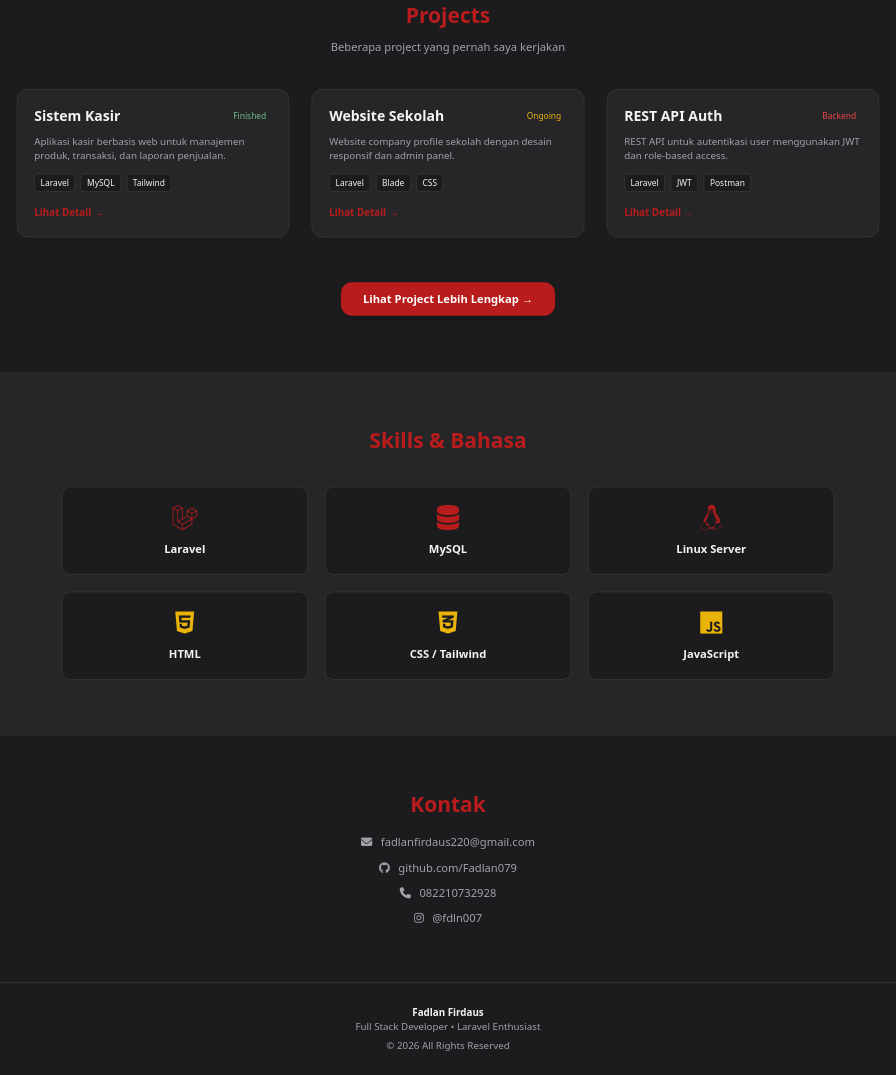
Repository: Fadlan079/Personal-Portfolio
Page: http://localhost/
These files come from the project's save history. The page is drawn as it stood at one moment and after the next save; the edit follows.
The browser window is 1280 px wide. The pictures show the part of the page from y = 1643 to 3563 px (the page is 3179 px tall before and 3563 px after), at 70% of full size.
Some web libraries are served in a nearby version. The page is served by the project's Laravel application, run on PHP 8.4 with Laravel 12. Other server files are loaded and not shown.

Above is the page before, as saved 2026-01-14 14:27:36.

### routes/web.php
<?php

use Illuminate\Support\Facades\Route;

// Route::get('/', function () {
//     return view('welcome');
// });

Route::get('/', function () {
    return view('portofolio');
});

Route::get('/project', function () {
    return view('project');
});

### resources/views/portofolio.blade.php
<!DOCTYPE html>
<html lang="id">
<head>
  <meta charset="UTF-8" />
  <meta name="viewport" content="width=device-width, initial-scale=1.0" />
  <title>Portfolio | Fadlan</title>

  <!-- Tailwind -->
  <script src="https://cdn.tailwindcss.com"></script>

  <!-- Font Awesome -->
  <link rel="stylesheet" href="https://cdnjs.cloudflare.com/ajax/libs/font-awesome/6.5.1/css/all.min.css"/>

  <script>
    tailwind.config = {
      theme: {
        extend: {
          colors: {
            bg: 'var(--color-bg)',
            surface: 'var(--color-surface)',
            border: 'var(--color-border)',
            text: 'var(--color-text)',
            muted: 'var(--color-muted)',
            primary: 'var(--color-primary)',
            success: 'var(--color-success)',
            danger: 'var(--color-danger)',
            warning: 'var(--color-warning)',
          }
        }
      }
    }
  </script>

  <style>
    :root {
      --color-bg: #1c1c1e;
      --color-surface: #262629;
      --color-border: #3a3a3d;
      --color-text: #f4f4f5;
      --color-muted: #a1a1aa;
      --color-primary: #b91c1c;
      --color-success: #6fbf8f;
      --color-danger:  #ef4444;
      --color-warning: #eab308;
    }

    html {
      scroll-behavior: smooth;
    }
  </style>
</head>

<body class="bg-bg text-text">

<!-- Navbar -->
<nav class="fixed w-full bg-bg/80 backdrop-blur border-b border-border z-50">
  <div class="max-w-7xl mx-auto px-6 py-4 flex justify-between items-center">
    <h1 class="text-xl font-bold text-primary">Fadlan.dev</h1>
    <ul class="flex gap-6 text-sm">
      <li class="relative group">
        <a href="#home">Home</a>
        <span class="absolute left-0 -bottom-1 h-[2px] w-0 bg-primary transition-all group-hover:w-full"></span>
      </li>
      <li class="relative group">
        <a href="#about">About</a>
        <span class="absolute left-0 -bottom-1 h-[2px] w-0 bg-primary transition-all group-hover:w-full"></span>
      </li>
      <li class="relative group">
        <a href="#experience">Experience</a>
        <span class="absolute left-0 -bottom-1 h-[2px] w-0 bg-primary transition-all group-hover:w-full"></span>
      </li>
      <li class="relative group">
        <a href="#skills">Skills</a>
        <span class="absolute left-0 -bottom-1 h-[2px] w-0 bg-primary transition-all group-hover:w-full"></span>
      </li>
      <li class="relative group">
        <a href="#contact">Contact</a>
        <span class="absolute left-0 -bottom-1 h-[2px] w-0 bg-primary transition-all group-hover:w-full"></span>
      </li>
    </ul>
  </div>
</nav>

<!-- Hero -->
<section
  id="home"
  class="relative min-h-screen flex items-center justify-center px-6 overflow-hidden"
>
  <!-- Glow Background -->
  <div class="absolute inset-0 -z-10">
    <div class="absolute top-1/4 left-1/2 -translate-x-1/2 w-[500px] h-[500px]
                bg-primary/20 blur-[120px] rounded-full"></div>
  </div>

  <div class="text-center max-w-3xl">
    <!-- Badge -->
    <span
      class="inline-flex items-center gap-2 px-4 py-1 mb-6
             rounded-full border border-border bg-surface text-sm text-muted"
    >
      <i class="fa-solid fa-code text-primary"></i>
      Available for Collaboration
    </span>

    <!-- Title -->
    <h2 class="text-4xl md:text-6xl font-extrabold mb-6 leading-tight">
      Hi, Saya
      <span
        class="bg-gradient-to-r from-primary to-red-400
               bg-clip-text text-transparent"
      >
        Fadlan
      </span>
      <br />
      <span class="text-3xl md:text-4xl text-muted font-semibold">
        Full Stack Developer
      </span>
    </h2>

    <!-- Description -->
    <p class="text-muted max-w-2xl mx-auto mb-8 leading-relaxed">
      Fokus membangun aplikasi web modern menggunakan
      <strong class="text-text">Laravel</strong>,
      arsitektur backend yang rapi, frontend responsif,
      serta deployment di
      <strong class="text-text">Linux Server</strong>.
    </p>

    <!-- CTA -->
    <div class="flex justify-center gap-4 flex-wrap">
      <a
        href="#projects"
        class="px-7 py-3 rounded-xl bg-primary text-white font-semibold
               hover:opacity-90 transition shadow-lg shadow-primary/30"
      >
        Lihat Project
      </a>

      <a
        href="#contact"
        class="px-7 py-3 rounded-xl border border-border
               hover:border-primary hover:text-primary transition"
      >
        Kontak Saya
      </a>
    </div>

    <!-- Tech Stack -->
    <div class="mt-10 flex justify-center gap-6 text-muted text-sm flex-wrap">
      <span class="flex items-center gap-2">
        <i class="fa-brands fa-laravel text-primary"></i> Laravel
      </span>
      <span class="flex items-center gap-2">
        <i class="fa-solid fa-database"></i> MySQL
      </span>
      <span class="flex items-center gap-2">
        <i class="fa-brands fa-linux"></i> Linux
      </span>
      <span class="flex items-center gap-2">
        <i class="fa-brands fa-html5"></i> Tailwind
      </span>
    </div>
  </div>
</section>


<!-- About -->
<section id="about" class="py-20 bg-surface">
  <div class="max-w-6xl mx-auto px-6">
    <h3 class="text-3xl font-bold mb-6 text-primary">Tentang Saya</h3>
    <p class="text-muted leading-relaxed max-w-3xl">
      Saya pelajar SMK jurusan PPLG dengan minat besar di bidang
      <strong>Full Stack Development</strong>. Terbiasa membangun aplikasi
      Laravel, REST API, database MySQL, serta deployment ke server Linux.
    </p>
  </div>
</section>

<!-- Experience -->
<section id="experience" class="py-20">
  <div class="max-w-6xl mx-auto px-6">
    <h3 class="text-3xl font-bold mb-12 text-primary text-center">Pengalaman</h3>
    <div class="space-y-6">
      <div class="bg-surface border border-border rounded-xl p-6">
        <h4 class="font-semibold">Project Sistem Kasir</h4>
        <p class="text-muted text-sm">Laravel • MySQL • Tailwind</p>
      </div>
      <div class="bg-surface border border-border rounded-xl p-6">
        <h4 class="font-semibold">Website Sekolah</h4>
        <p class="text-muted text-sm">Company Profile • Responsive Design</p>
      </div>
      <div class="bg-surface border border-border rounded-xl p-6">
        <h4 class="font-semibold">REST API Auth</h4>
        <p class="text-muted text-sm">JWT • Role Management</p>
      </div>
    </div>
  </div>
</section>

<!-- Projects -->
<section id="projects" class="py-20 bg-bg">
  <div class="max-w-7xl mx-auto px-6">
    <h3 class="text-3xl font-bold text-center mb-4 text-primary">Projects</h3>
    <p class="text-muted text-center mb-12">
      Beberapa project yang pernah saya kerjakan
    </p>

    <div class="grid md:grid-cols-3 gap-8">

      <!-- Project Card -->
      <div class="bg-surface border border-border rounded-2xl p-6 hover:-translate-y-2 transition">
        <div class="flex justify-between items-center mb-3">
          <h4 class="text-xl font-semibold">Sistem Kasir</h4>
          <span class="text-xs px-2 py-1 rounded bg-success/20 text-success">
            Finished
          </span>
        </div>

        <p class="text-muted text-sm mb-4">
          Aplikasi kasir berbasis web untuk manajemen produk, transaksi,
          dan laporan penjualan.
        </p>

        <!-- Tech Stack -->
        <div class="flex flex-wrap gap-2 text-xs mb-4">
          <span class="px-2 py-1 bg-bg border border-border rounded">Laravel</span>
          <span class="px-2 py-1 bg-bg border border-border rounded">MySQL</span>
          <span class="px-2 py-1 bg-bg border border-border rounded">Tailwind</span>
        </div>

        <!-- Action -->
        <a href="#" class="text-primary text-sm font-semibold hover:underline">
          Lihat Detail →
        </a>
      </div>

      <!-- Project Card -->
      <div class="bg-surface border border-border rounded-2xl p-6 hover:-translate-y-2 transition">
        <div class="flex justify-between items-center mb-3">
          <h4 class="text-xl font-semibold">Website Sekolah</h4>
          <span class="text-xs px-2 py-1 rounded bg-warning/20 text-warning">
            Ongoing
          </span>
        </div>

        <p class="text-muted text-sm mb-4">
          Website company profile sekolah dengan desain responsif
          dan admin panel.
        </p>

        <div class="flex flex-wrap gap-2 text-xs mb-4">
          <span class="px-2 py-1 bg-bg border border-border rounded">Laravel</span>
          <span class="px-2 py-1 bg-bg border border-border rounded">Blade</span>
          <span class="px-2 py-1 bg-bg border border-border rounded">CSS</span>
        </div>

        <a href="#" class="text-primary text-sm font-semibold hover:underline">
          Lihat Detail →
        </a>
      </div>

      <!-- Project Card -->
      <div class="bg-surface border border-border rounded-2xl p-6 hover:-translate-y-2 transition">
        <div class="flex justify-between items-center mb-3">
          <h4 class="text-xl font-semibold">REST API Auth</h4>
          <span class="text-xs px-2 py-1 rounded bg-danger/20 text-danger">
            Backend
          </span>
        </div>

        <p class="text-muted text-sm mb-4">
          REST API untuk autentikasi user menggunakan JWT
          dan role-based access.
        </p>

        <div class="flex flex-wrap gap-2 text-xs mb-4">
          <span class="px-2 py-1 bg-bg border border-border rounded">Laravel</span>
          <span class="px-2 py-1 bg-bg border border-border rounded">JWT</span>
          <span class="px-2 py-1 bg-bg border border-border rounded">Postman</span>
        </div>

        <a href="#" class="text-primary text-sm font-semibold hover:underline">
          Lihat Detail →
        </a>
      </div>

    </div>
    <!-- Button Lihat Project Lengkap -->
    <div class="mt-16 flex justify-center">
    <a
        href="project"
        class="px-8 py-3 rounded-2xl
            bg-primary text-white font-semibold
            hover:bg-primary/90 transition
            shadow-lg shadow-primary/20"
    >
        Lihat Project Lebih Lengkap →
    </a>
    </div>

  </div>
</section>


<!-- Skills -->
<section id="skills" class="py-20 bg-surface">
  <div class="max-w-6xl mx-auto px-6">
    <h3 class="text-3xl font-bold mb-12 text-primary text-center">Skills & Bahasa</h3>

    <div class="grid md:grid-cols-3 gap-6 text-center">
      <div class="bg-bg border border-border rounded-xl p-6">
        <i class="fa-brands fa-laravel text-4xl text-primary mb-3"></i>
        <h4 class="font-semibold">Laravel</h4>
      </div>
      <div class="bg-bg border border-border rounded-xl p-6">
        <i class="fa-solid fa-database text-4xl text-primary mb-3"></i>
        <h4 class="font-semibold">MySQL</h4>
      </div>
      <div class="bg-bg border border-border rounded-xl p-6">
        <i class="fa-brands fa-linux text-4xl text-primary mb-3"></i>
        <h4 class="font-semibold">Linux Server</h4>
      </div>
      <div class="bg-bg border border-border rounded-xl p-6">
        <i class="fa-brands fa-html5 text-4xl text-warning mb-3"></i>
        <h4 class="font-semibold">HTML</h4>
      </div>
      <div class="bg-bg border border-border rounded-xl p-6">
        <i class="fa-brands fa-css3-alt text-4xl text-warning mb-3"></i>
        <h4 class="font-semibold">CSS / Tailwind</h4>
      </div>
      <div class="bg-bg border border-border rounded-xl p-6">
        <i class="fa-brands fa-js text-4xl text-warning mb-3"></i>
        <h4 class="font-semibold">JavaScript</h4>
      </div>
    </div>
  </div>
</section>

<!-- Contact -->
<section id="contact" class="py-20">
  <div class="max-w-xl mx-auto px-6 text-center">
    <h3 class="text-3xl font-bold mb-6 text-primary">Kontak</h3>
    <div class="space-y-3 text-muted">
      <p><i class="fa-solid fa-envelope mr-2"></i> fadlanfirdaus220@gmail.com</p>
      <p><i class="fa-brands fa-github mr-2"></i> github.com/Fadlan079</p>
      <p><i class="fa-solid fa-phone mr-2"></i> 082210732928</p>
      <p><i class="fa-brands fa-instagram mr-2"></i> @fdln007</p>
    </div>
  </div>
</section>

<!-- Footer -->
<footer class="py-8 border-t border-border text-center text-muted text-sm">
  <p class="font-semibold text-text">Fadlan Firdaus</p>
  <p>Full Stack Developer • Laravel Enthusiast</p>
  <p class="mt-2">© 2026 All Rights Reserved</p>
</footer>

</body>
</html>

After the next save:
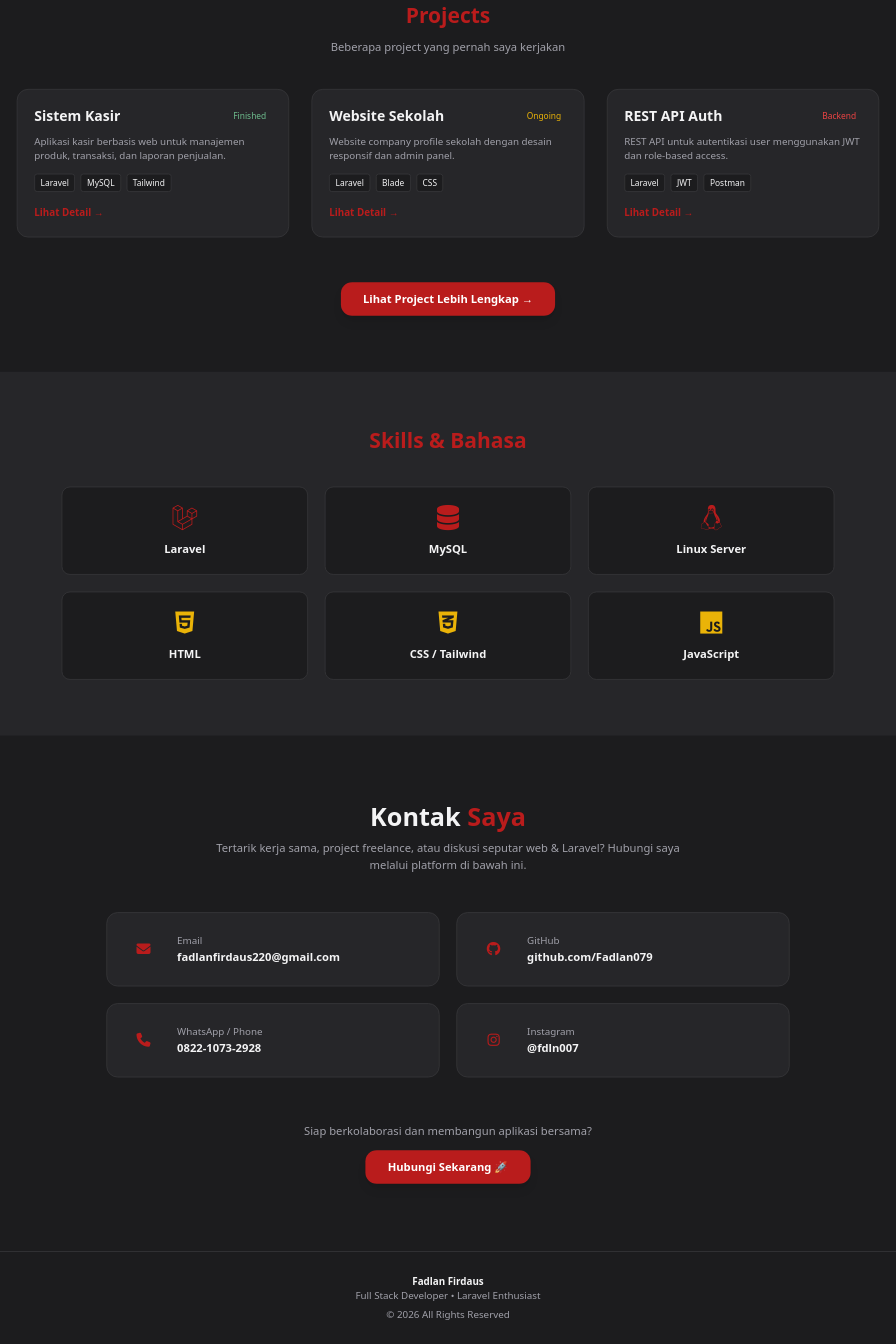
Saved 44 s later.
--- a/resources/views/portofolio.blade.php
+++ b/resources/views/portofolio.blade.php
@@ -337,17 +337,109 @@
 </section>
 
 <!-- Contact -->
-<section id="contact" class="py-20">
-  <div class="max-w-xl mx-auto px-6 text-center">
-    <h3 class="text-3xl font-bold mb-6 text-primary">Kontak</h3>
-    <div class="space-y-3 text-muted">
-      <p><i class="fa-solid fa-envelope mr-2"></i> fadlanfirdaus220@gmail.com</p>
-      <p><i class="fa-brands fa-github mr-2"></i> github.com/Fadlan079</p>
-      <p><i class="fa-solid fa-phone mr-2"></i> 082210732928</p>
-      <p><i class="fa-brands fa-instagram mr-2"></i> @fdln007</p>
-    </div>
-  </div>
-</section>
+<section id="contact" class="py-24 bg-bg">
+  <div class="max-w-5xl mx-auto px-6">
+
+    <!-- Heading -->
+    <div class="text-center mb-14">
+      <h3 class="text-4xl font-extrabold mb-3">
+        Kontak <span class="text-primary">Saya</span>
+      </h3>
+      <p class="text-muted max-w-2xl mx-auto">
+        Tertarik kerja sama, project freelance, atau diskusi seputar web & Laravel?
+        Hubungi saya melalui platform di bawah ini.
+      </p>
+    </div>
+
+    <!-- Contact Cards -->
+    <div class="grid sm:grid-cols-2 gap-6">
+
+      <!-- Email -->
+      <a href="mailto:fadlanfirdaus220@gmail.com"
+         class="group bg-surface border border-border rounded-2xl p-6
+                flex items-center gap-5
+                hover:border-primary hover:-translate-y-1 transition">
+        <div class="w-14 h-14 rounded-xl flex items-center justify-center
+                    bg-primary/20 text-primary text-xl">
+          <i class="fa-solid fa-envelope"></i>
+        </div>
+        <div>
+          <p class="text-sm text-muted">Email</p>
+          <p class="font-semibold group-hover:text-primary transition">
+            fadlanfirdaus220@gmail.com
+          </p>
+        </div>
+      </a>
+
+      <!-- GitHub -->
+      <a href="https://github.com/Fadlan079" target="_blank"
+         class="group bg-surface border border-border rounded-2xl p-6
+                flex items-center gap-5
+                hover:border-primary hover:-translate-y-1 transition">
+        <div class="w-14 h-14 rounded-xl flex items-center justify-center
+                    bg-primary/20 text-primary text-xl">
+          <i class="fa-brands fa-github"></i>
+        </div>
+        <div>
+          <p class="text-sm text-muted">GitHub</p>
+          <p class="font-semibold group-hover:text-primary transition">
+            github.com/Fadlan079
+          </p>
+        </div>
+      </a>
+
+      <!-- Phone -->
+      <a href="tel:082210732928"
+         class="group bg-surface border border-border rounded-2xl p-6
+                flex items-center gap-5
+                hover:border-primary hover:-translate-y-1 transition">
+        <div class="w-14 h-14 rounded-xl flex items-center justify-center
+                    bg-primary/20 text-primary text-xl">
+          <i class="fa-solid fa-phone"></i>
+        </div>
+        <div>
+          <p class="text-sm text-muted">WhatsApp / Phone</p>
+          <p class="font-semibold group-hover:text-primary transition">
+            0822-1073-2928
+          </p>
+        </div>
+      </a>
+
+      <!-- Instagram -->
+      <a href="https://instagram.com/fdln007" target="_blank"
+         class="group bg-surface border border-border rounded-2xl p-6
+                flex items-center gap-5
+                hover:border-primary hover:-translate-y-1 transition">
+        <div class="w-14 h-14 rounded-xl flex items-center justify-center
+                    bg-primary/20 text-primary text-xl">
+          <i class="fa-brands fa-instagram"></i>
+        </div>
+        <div>
+          <p class="text-sm text-muted">Instagram</p>
+          <p class="font-semibold group-hover:text-primary transition">
+            @fdln007
+          </p>
+        </div>
+      </a>
+
+    </div>
+
+    <!-- CTA -->
+    <div class="text-center mt-16">
+      <p class="text-muted mb-4">
+        Siap berkolaborasi dan membangun aplikasi bersama?
+      </p>
+      <a href="mailto:fadlanfirdaus220@gmail.com"
+         class="inline-block px-8 py-3 bg-primary text-white
+                rounded-2xl font-semibold
+                hover:opacity-90 transition shadow-lg shadow-primary/30">
+        Hubungi Sekarang 🚀
+      </a>
+    </div>
+
+  </div>
+</section>
+
 
 <!-- Footer -->
 <footer class="py-8 border-t border-border text-center text-muted text-sm">
